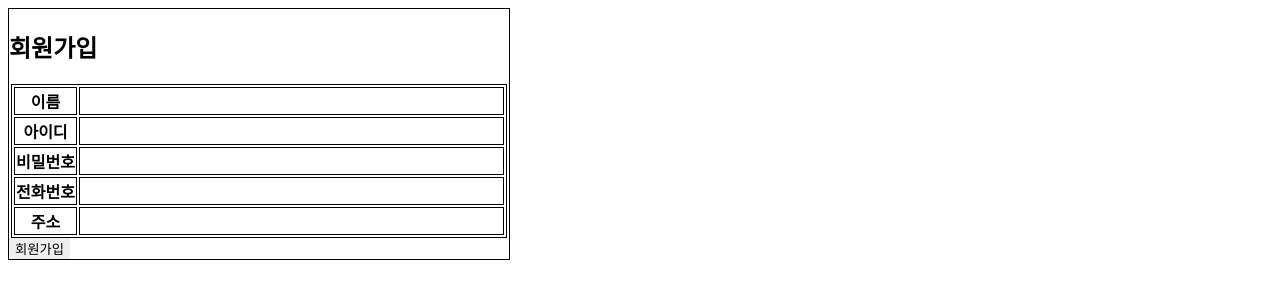
Repository: johwon/jspStudy
Page: jspStudy/src/main/webapp/member/member.html
The author's editor kept a copy of each file at every save. The page is drawn from the files as they stood at one save, then again after the next save.
The browser window is 1280 px wide. The pictures show the whole page.

Above is the page before, as saved 2024-12-03 08:05:33.

After the next save:
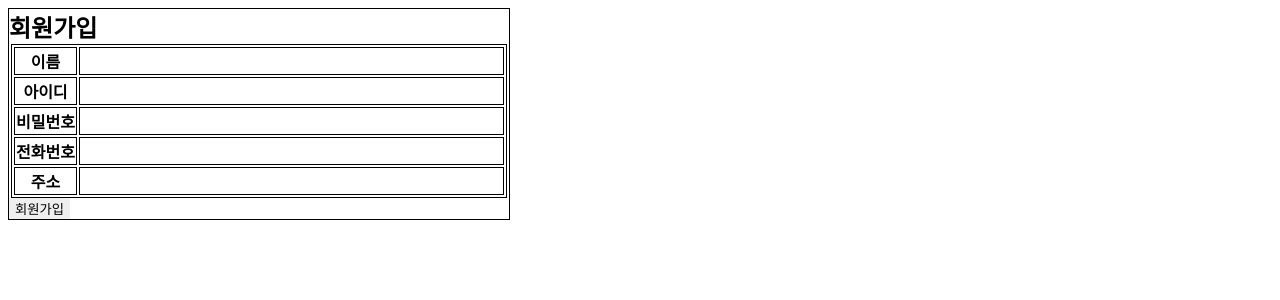
Saved 30 s later.
--- a/jspStudy/src/main/webapp/member/member.html
+++ b/jspStudy/src/main/webapp/member/member.html
@@ -23,6 +23,7 @@
 }
 h2{
 	align : center;
+	margin : 0 auto;
 }
 </style>
 <body>

After the save that followed:
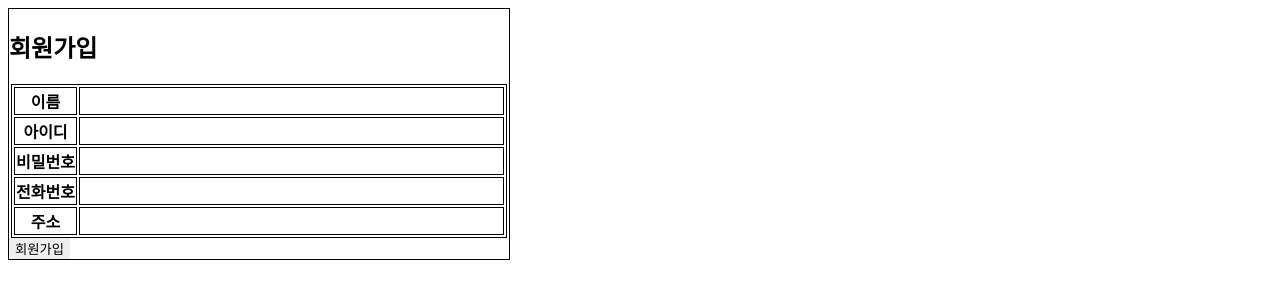
Saved 6 s later.
--- a/jspStudy/src/main/webapp/member/member.html
+++ b/jspStudy/src/main/webapp/member/member.html
@@ -19,11 +19,9 @@
 }
 input {
 	border: 0px;
-	margin : 0 auto;
 }
 h2{
 	align : center;
-	margin : 0 auto;
 }
 </style>
 <body>
